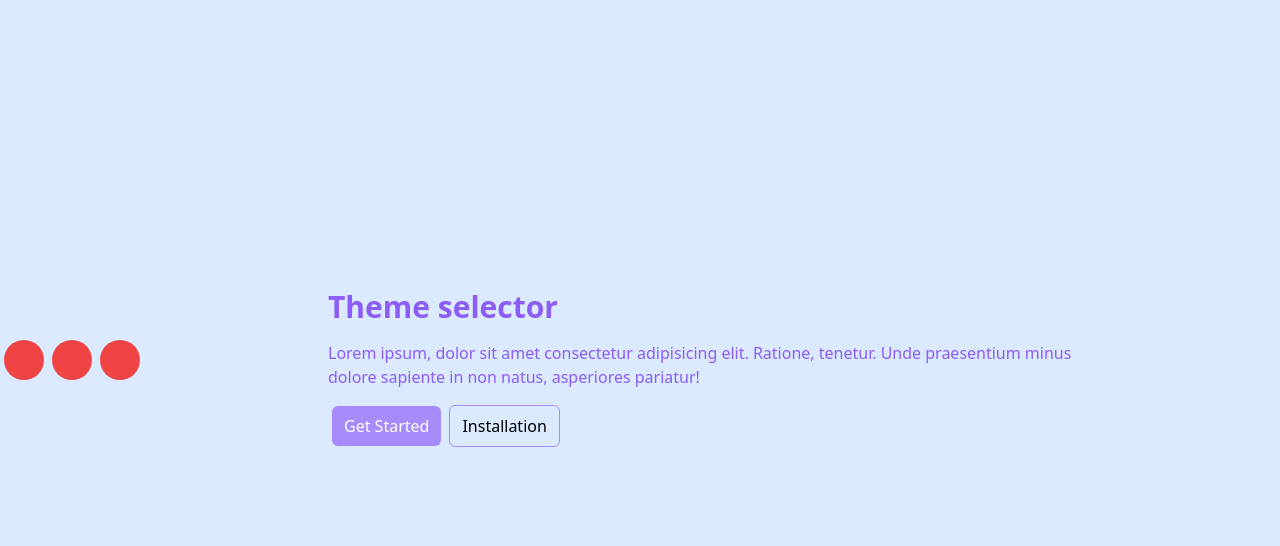
Repository: prince-bansal/tailwind-theme-switcher
Page: /
An editor plug-in stored every save of this project. The page is shown before and after the next save, followed by the edit.
The browser window is 1280 px wide. The pictures show the whole page.
The project was rebuilt for these pictures with package versions that can differ from the ones it lists, and the page was loaded fresh each time. Also part of the build but not shown: vite.config.ts, src/index.css.

Above is the page before, as saved 2024-03-17 19:33:20.

After the next save:
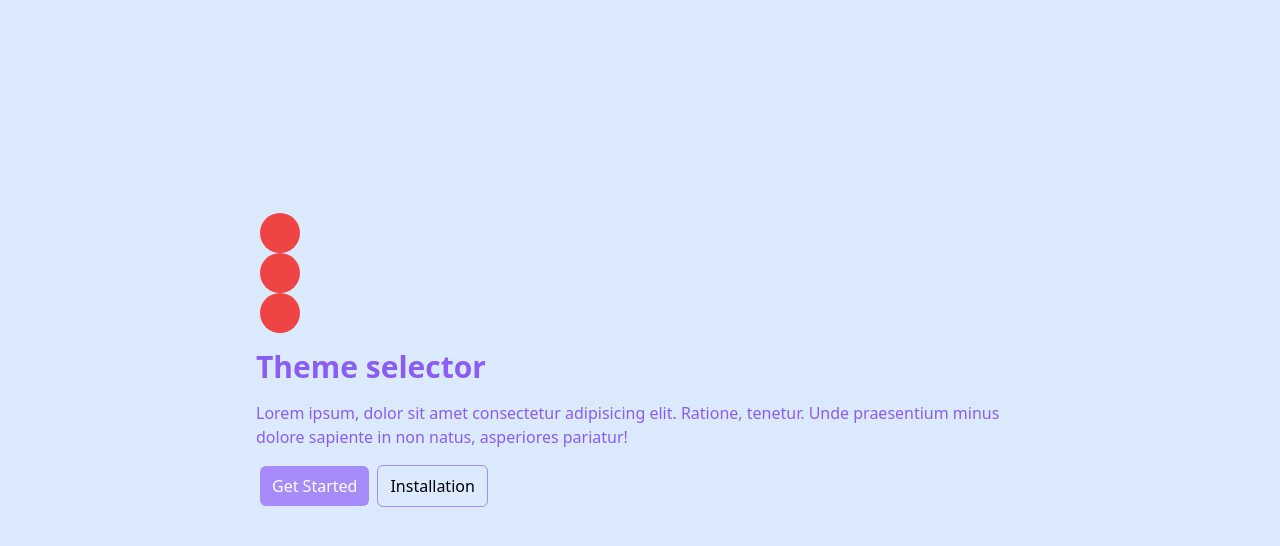
Saved 27 s later.
--- a/src/App.tsx
+++ b/src/App.tsx
@@ -4,10 +4,10 @@ function App() {
 
   return (
     <div className=" bg-fill min-h-screen flex items-center justify-center">
+      <div className="w-[60%] m-auto">
       {["bg-red-500", "bg-blue-500", "bg-green-500"].map((color) => (
         <div className={`h-10 rounded-full w-10 bg-red-500 ${color} mx-1`}></div>
       ))}
-      <div className="w-[60%] m-auto">
         <h1 className="text-3xl text-heading my-4 font-bold">Theme selector</h1>
         <p className="text-heading">
           Lorem ipsum, dolor sit amet consectetur adipisicing elit. Ratione,
